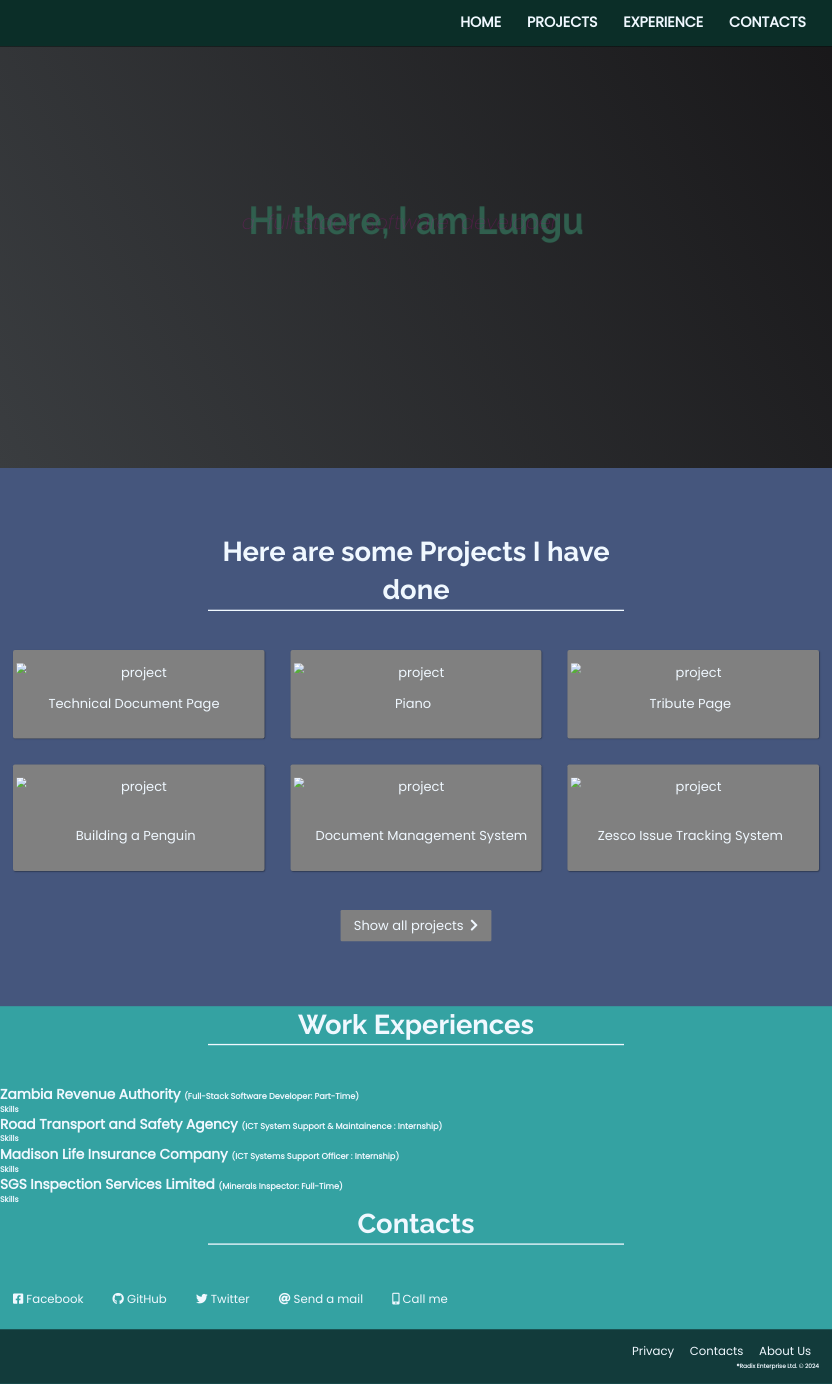
Repository: Lungdjos/personal_portifolio
Page: html/index.html
These files come from the project's save history. The page is drawn as it stood at one moment and after a run of saves; the edit follows.
The browser window is 1280 px wide. The pictures show the whole page, at 65% of full size.
Some web libraries are served in a nearby version.

Above is the page before, as saved 2024-02-04 01:03:41.

After the next 7 saves:
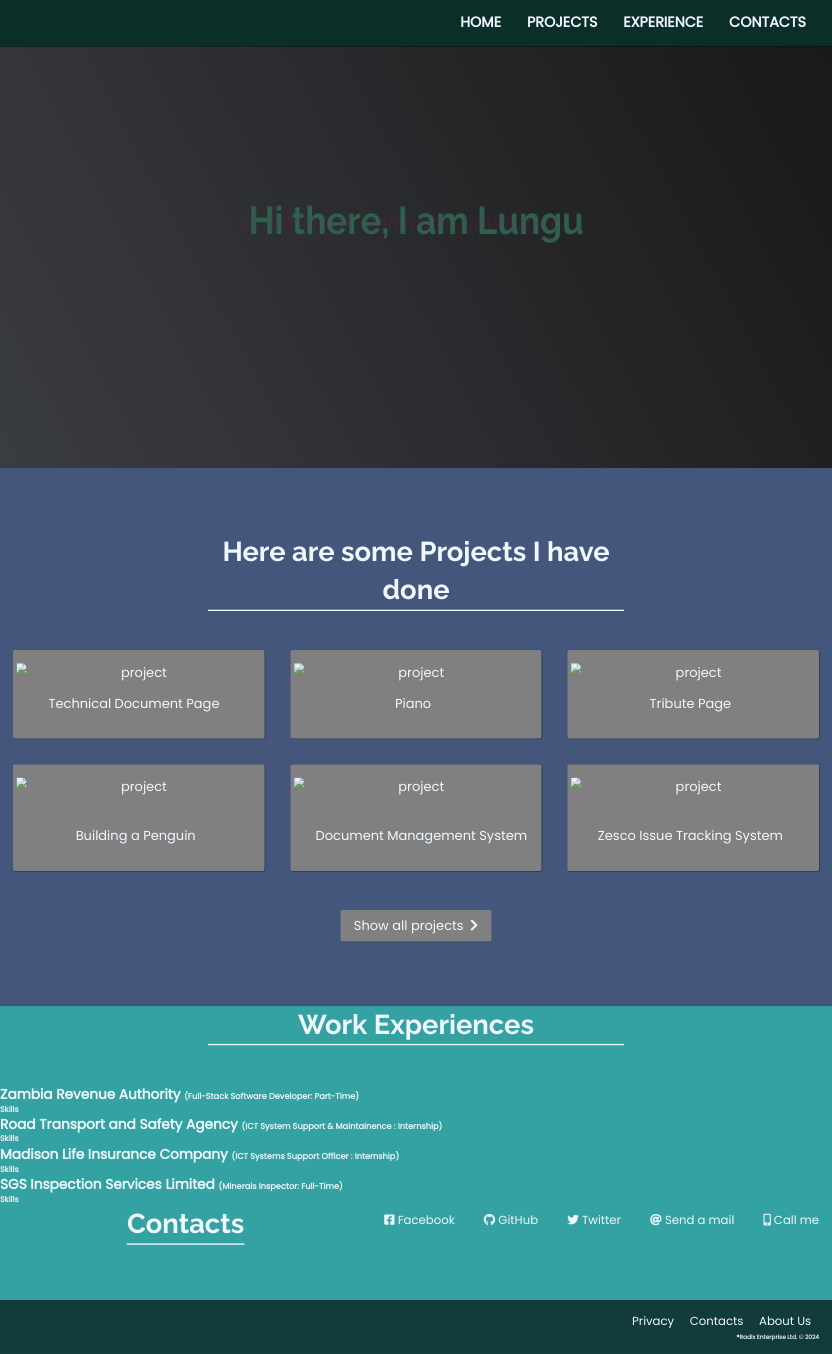
The 7 saves are shown as one change because they came seconds apart.
The last was saved 37 s later.
--- a/css/styles.css
+++ b/css/styles.css
@@ -292,6 +292,10 @@ main>li {
 
 /** CONTACTS */
 
+#contact-section {
+    display: flex;
+}
+
 
 /** FOOTER */
 
